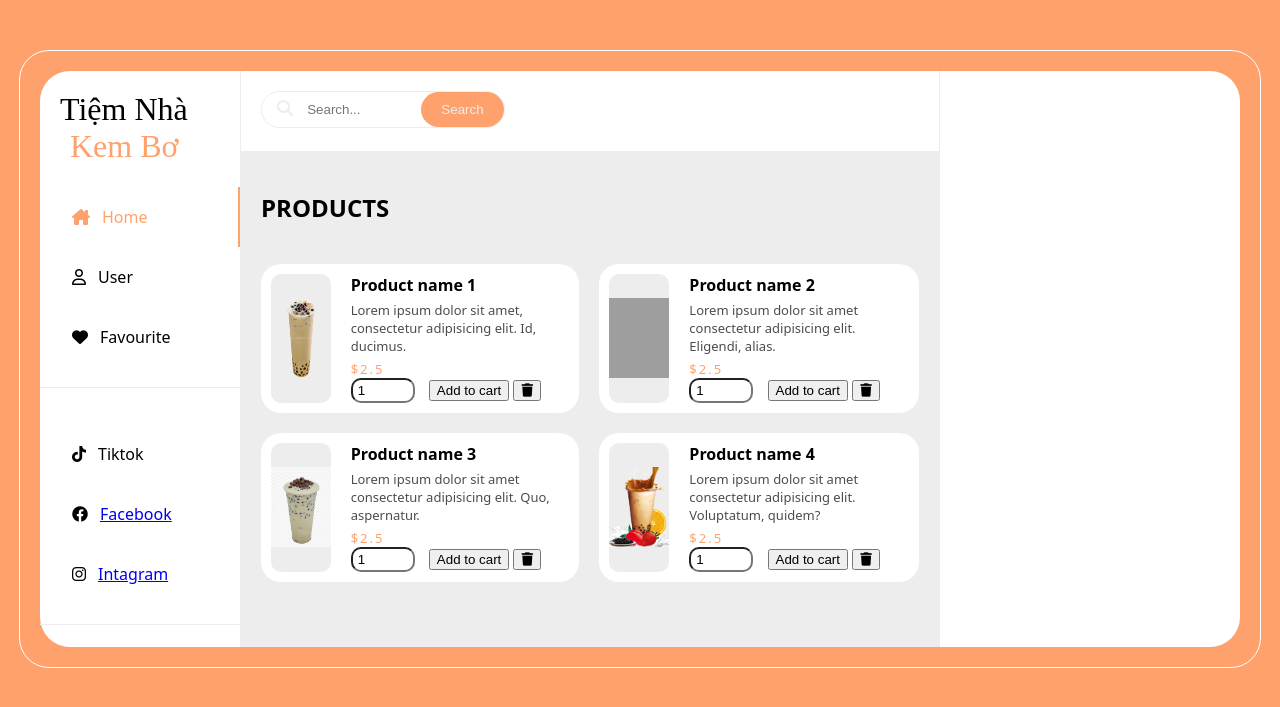
Repository: hnguyeng/tiemnhabo
Page: index.html
The author's editor kept a copy of each file at every save. The page is drawn from the files as they stood at one save, then again after the next save.
The browser window is 1280 px wide. The pictures show the whole page.
Pictures or frames that could not be fetched are drawn as grey boxes.

Above is the page before, as saved 2022-12-13 16:17:34.

### index.html
<!DOCTYPE html>
<html lang="en">
<head>
    <meta charset="UTF-8">
    <meta http-equiv="X-UA-Compatible" content="IE=edge">
    <meta name="viewport" content="width=device-width, initial-scale=1.0">
    <title>Document</title>
    <link rel="stylesheet" href="./style.css">
    <link rel="stylesheet" href="https://cdnjs.cloudflare.com/ajax/libs/font-awesome/6.2.1/css/all.min.css">
</head>
<body>
    <div class="container">
        <div class="menu">
            <div class="logo">
                Tiệm Nhà <span>Kem Bơ</span>
            </div>
            <ul>
                <li class="active"><i class="fa-solid fa-house-chimney"></i>Home</li>
                <li><i class="fa-regular fa-user"></i>User</li>
                <li><i class="fa-solid fa-heart"></i>Favourite</li>
            </ul>
            <ul>
                <li><i class="fa-brands fa-tiktok"></i>Tiktok</li>
                <li><i class="fa-brands fa-facebook"></i><a href="https://www.facebook.com/Hin229/">Facebook</a> </li>
                <li><i class="fa-brands fa-instagram"></i><a href="https://www.instagram.com/n.q.h.2209/">Intagram</a></li>
            </ul>
        </div>
        <div class="center">
            <div class="search">
                <div class="form">
                    <i class="fa-solid fa-magnifying-glass"></i>
                    <input type="text" placeholder="Search...">
                    <button>Search</button>
                </div>
            </div>
            <h2>PRODUCTS</h2>
            <div class="list">
                <div class="item" data-key="1">
                    <div class="img">
                        <img src="./img/freepng1191-tra-sua-nuoc-giai-khat-do-uong-png-hinh-tach-nen-14.png" alt="">
                    </div>
                    <div class="content">
                        <div class="title">Product name 1</div>
                        <div class="des">
                           Lorem ipsum dolor sit amet, consectetur adipisicing elit. Id, ducimus.
                        </div>
                        <div class="price">$2.5</div>
                        <input type="number" class="count" min="1" value="1">
                        <button class="add">Add to cart</button>
                        <button class="remove"><i class="fa-solid fa-trash"></i></button>
                    </div>
                </div>
                <div class="item" data-key="2">
                    <div class="img">
                        <img src="./img/freepng1205-tra-sua-nuoc-giai-khat-do-uong-png-hinh-tach-nen-28.png" alt="">
                    </div>
                    <div class="content">
                        <div class="title">Product name 2</div>
                        <div class="des">
                            Lorem ipsum dolor sit amet consectetur adipisicing elit. Eligendi, alias.
                        </div>
                        <div class="price">$2.5</div>
                        <input type="number" class="count" min="1" value="1">
                        <button class="add">Add to cart</button>
                        <button class="remove"><i class="fa-solid fa-trash"></i></button>
                    </div>
                </div>
                <div class="item" data-key="3">
                    <div class="img">
                        <img src="./img/kisspng-milkshake-milk-tea-red-bean-milk-tea-picture-material-5a96606943e004.536732111519804521278.jpg" alt="">
                    </div>
                    <div class="content">
                        <div class="title">Product name 3</div>
                        <div class="des">
                            Lorem ipsum dolor sit amet consectetur adipisicing elit. Quo, aspernatur.
                        </div>
                        <div class="price">$2.5</div>
                        <input type="number" class="count" min="1" value="1">
                        <button class="add">Add to cart</button>
                        <button class="remove"><i class="fa-solid fa-trash"></i></button>
                    </div>
                </div>
                <div class="item" data-key="4">
                    <div class="img">
                        <img src="./img/taifree1436-ly-tra-sua-huong-dau.png" alt="">
                    </div>
                    <div class="content">
                        <div class="title">Product name 4</div>
                        <div class="des">
                            Lorem ipsum dolor sit amet consectetur adipisicing elit. Voluptatum, quidem?
                        </div>
                        <div class="price">$2.5</div>
                        <input type="number" class="count" min="1" value="1">
                        <button class="add">Add to cart</button>
                        <button class="remove"><i class="fa-solid fa-trash"></i></button>
                    </div>
                </div>
            </div>
        </div>
        <div class="cart"></div>
    </div>
</body>
</html>

### style.css
 @import url('https://fonts.googleapis.com/css2?family=Roboto&display=swap');
 :root{
    --white: #fff;
    --light: #eeeded;
    --orange: #FFA16C;
 }
 body {
    background-color: var(--orange);
    font-family: system-ui;
    overflow: hidden;
 }
 .container{
    width: 1200px;
    border: 1px solid var(--white);
    max-width: 100%;
    margin: 50px auto 0;
    display: grid;
    grid-template-columns: 200px auto 300px;
    padding: 20px;
    border-radius: 30px;
    min-height: 80vh;
 }
 .container .menu{
    background-color: var(--white);
    border-top-left-radius: 30px;
    border-bottom-left-radius: 30px;
 }
 .container .cart{
    background-color: var(--white);
    border-top-right-radius: 30px;
    border-bottom-right-radius: 30px;
 }
 .container .center{
    background-color: var(--light);
    border-left: 1px solid var(--light);
    border-right: 1px solid var(--light);
 }
 /* menu */
 .menu .logo{
    padding: 20px 0 20px 20px ;
    font-family: 'lobster', cursive;
    font-size: xx-large;
    height: 40px;
 }
 .menu .logo span{
   color: var(--orange);
   margin-left: 10px;
 }
 .menu ul{
   padding: 20px 0 20px 20px;
   list-style:  none;
   border-bottom: 1px solid var(--light);
 }
 .menu ul li{
   padding: 10px 0;
 }
 .menu ul li i{
   margin: 12px;
 }
 .menu ul li.active{
   color: var(--orange);
   border-right: 2px solid var(--orange);
 }
 .menu ul li:hover{
   color: var(--orange);
   border-right: 2px solid var(--orange);
 }
 /* end menu */
 /* center */
 /* form */
 .center .search{
   background-color: var(--white);
   padding: 20px;
   height: 40px;
 }
 .center .search .form{
   width: max-content;
   border: 1px solid var(--light);
   border-radius: 20px;
   padding-left: 15px;
   color: var(--light);
 }
 .center .search .form input{
   border: none;
   padding: 0 10px;
   outline: none;
   width: 100px;
 }
 .center .search .form button{
   border: none;
   background-color: var(--orange);
   color: var(--light);
   padding: 10px 20px;
   border-radius: 20px;
 }
 /* end form */
 .item .img img{
   width: 60px;
   height: 80px;
 }
 .item .img{
  border-radius: 10px;
   background-color: var(--light);
   display: flex;
   justify-content: center;
   align-items: center;
 }
.center h2{
   padding: 20px;
}
.center .list{
   padding: 0 20px 20px;
   display: grid;
   grid-template-columns: auto auto;
   column-gap: 20px;
   row-gap: 20px;
}
.item{
   background-color: var(--white);
   display: grid;
   grid-template-columns: 20% auto;
   padding: 10px;
   column-gap: 20px;
   border-radius: 20px;
}
.item .content .title{
   font-weight: bold;
}
.item .content .des{
   font-size: small;
   opacity: 0.7;
   margin-top: 5px;
}
.item .content .price{
   color: var(--orange);
   letter-spacing: 2px;
   font-weight: 500;
   font-size: small;
   margin-top: 5px;
}
.item .count{
   width: 50px;
   border-radius: 10px;
   margin-right: 10px;
   padding: 3px 5px;
}
 /* end center */

After the next save:
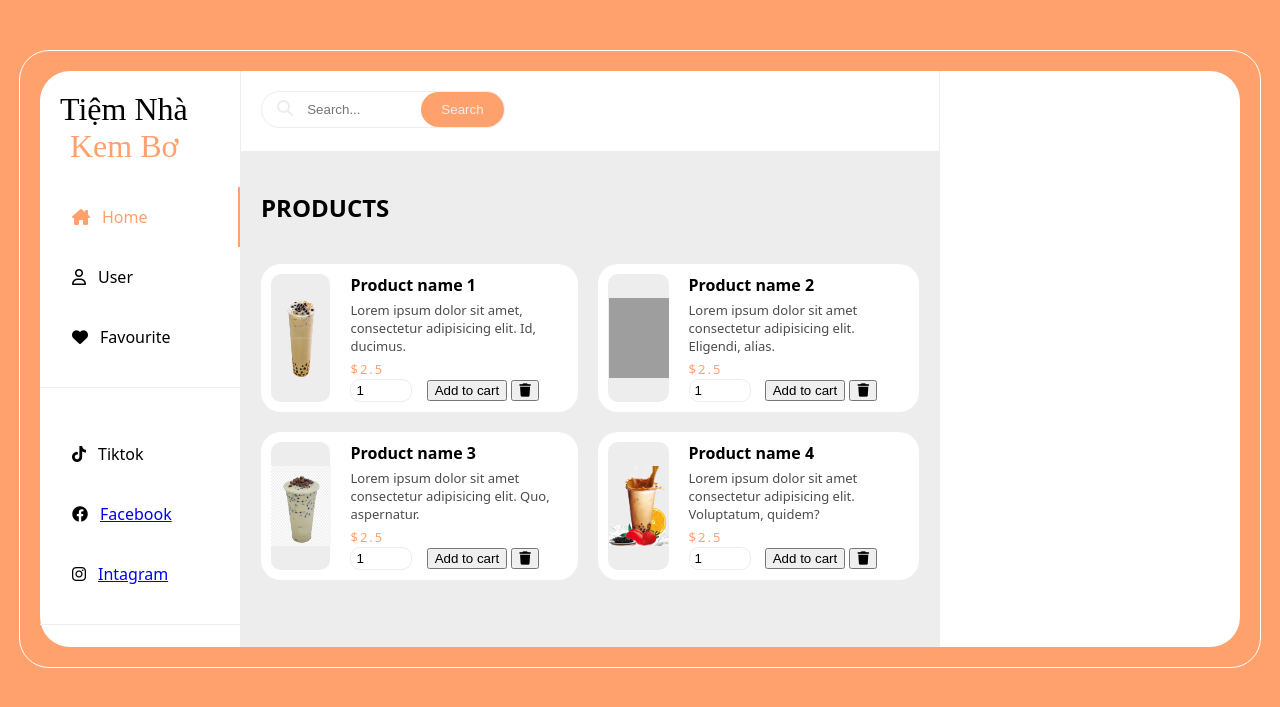
Saved 97 s later.
--- a/style.css
+++ b/style.css
@@ -143,5 +143,8 @@
    border-radius: 10px;
    margin-right: 10px;
    padding: 3px 5px;
+   border: 1px solid var(--light);
+   ou
 }
+
  /* end center */
